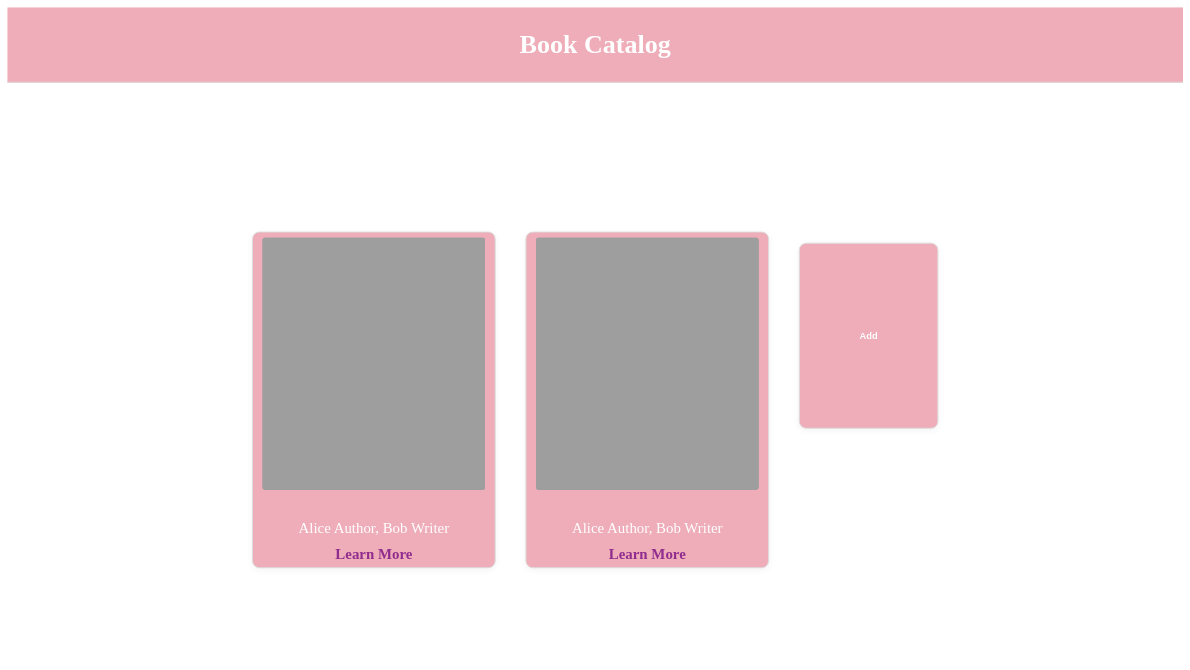
Repository: Micaelavalmores/BookCatalog
Page: /
These files come from the project's save history. The page is drawn as it stood at one moment and after the next save; the edit follows.
The browser window is 1280 px wide. The pictures show the whole page, at 93% of full size.
Pictures or frames that could not be fetched are drawn as grey boxes. The project was rebuilt for these pictures with package versions that can differ from the ones it lists, and the page was loaded fresh each time. Also part of the build but not shown: vite.config.js.

Above is the page before, as saved 2025-09-16 23:13:43.

After the next save:
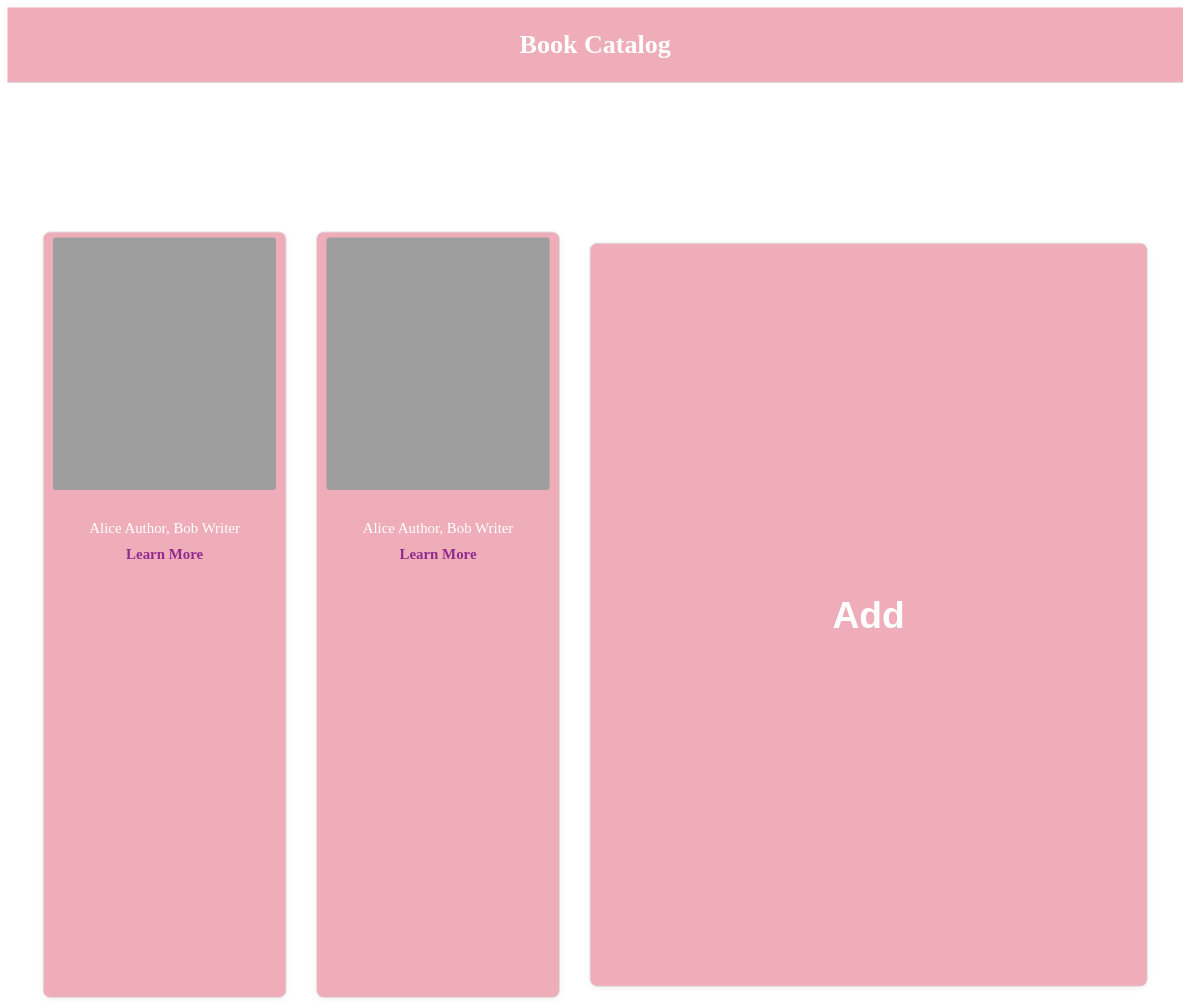
Saved 6 s later.
--- a/src/assets/AddComponent.css
+++ b/src/assets/AddComponent.css
@@ -2,7 +2,7 @@
     padding: 12px 24px;
     width: 15em;
     height: 20em;
-    font-size: 10px;
+    font-size: 40px;
     background-color: rgb(238, 173, 184);
     border: 1px solid #ddd;
     border-radius: 8px;
